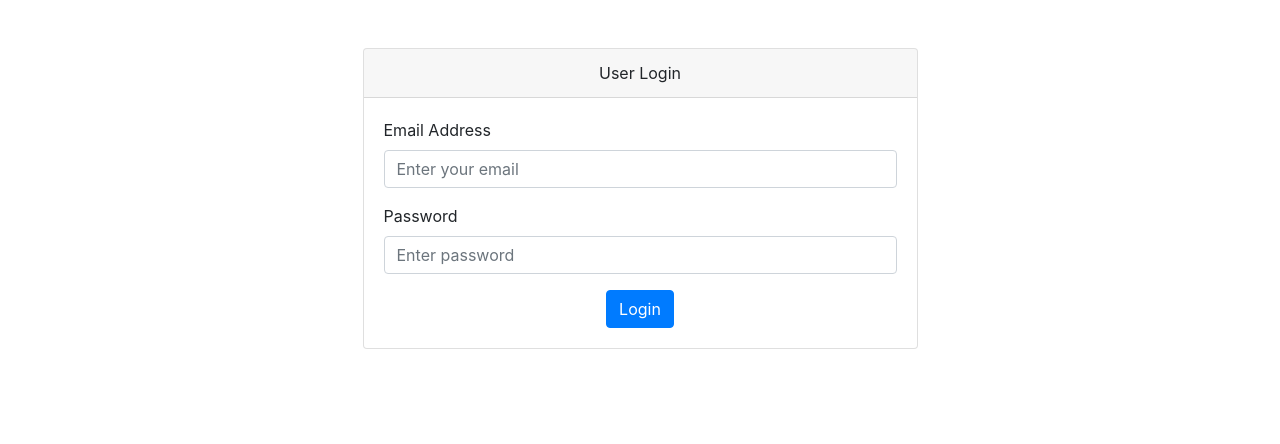
Repository: MangiVarunReddy/ShoppingCart
Page: http://localhost/ShoppingCart/login.jsp
The author's editor kept a copy of each file at every save. The page is drawn from the files as they stood at one save, then again after the next save.
The browser window is 1280 px wide. The pictures show the whole page.
The page is served by Tomcat 9. Other server files are loaded and not shown.

Above is the page before, as saved 2023-08-31 16:45:23.

### ShoppingCart/src/main/webapp/login.jsp
<%@ page language="java" contentType="text/html; charset=UTF-8"
    pageEncoding="UTF-8"%>
<!DOCTYPE html>
<html>
<head>

<title>Login</title>
<%@include file="/includes/head.jsp" %>
</head>
<body>
<div class="container">
		<div class="card w-50 mx-auto my-5">
			<div class="card-header text-center">User Login</div>
			<div class="card-body">
				<form action="" method="post">

					<div class="form-group">
						<label>Email Address</label> <input type="email"
							class="form-control" name="login-email"
							placeholder="Enter your email" required>

					</div>
					<div class="form-group">
						<label>Password</label> <input type="email" class="form-control"
							name="login-password" placeholder="Enter password" required>

					</div>
					<div class="text-center">
						<button type="submit" class="btn btn-primary">Login</button>
					</div>

				</form>
			</div>
		</div>
	</div>



<%@include file="/includes/footer.jsp" %>
</body>
</html>

### ShoppingCart/src/main/webapp/includes/head.jsp
<meta charset="UTF-8">
<link href="https://maxcdn.bootstrapcdn.com/bootstrap/4.5.2/css/bootstrap.min.css" rel="stylesheet">

### ShoppingCart/src/main/webapp/includes/footer.jsp
 <script src="https://ajax.googleapis.com/ajax/libs/jquery/3.5.1/jquery.min.js"></script>
    <script src="https://cdn.jsdelivr.net/npm/@popperjs/core@2.9.3/dist/umd/popper.min.js"></script>
    <script src="https://maxcdn.bootstrapcdn.com/bootstrap/4.5.2/js/bootstrap.min.js"></script>

### ShoppingCart/src/main/webapp/includes/navbar.jsp
<nav class="navbar navbar-expand-lg navbar-light bg-light">
<div class="container">
		<div class="container-fluid">
			<a class="navbar-brand" href="index.jsp">E-Commerce Shopping Cart</a>
			<button class="navbar-toggler" type="button"
				data-bs-toggle="collapse" data-bs-target="#navbarSupportedContent"
				aria-controls="navbarSupportedContent" aria-expanded="false"
				aria-label="Toggle navigation">
				<span class="navbar-toggler-icon"></span>
			</button>
			<div class="collapse navbar-collapse" id="navbarSupportedContent">
				<ul class="navbar-nav ml-auto">
					<li class="nav-item active"><a class="nav-link"
						 href="index.jsp">Home  </a></li>
					<li class="nav-item"><a class="nav-link" href="cart.jsp">Cart</a></li>

					<li class="nav-item"><a class="nav-link" href="orders.jsp">Orders</a></li>
					<li class="nav-item"><a class="nav-link" href="#">Logout</a></li>
					<li class="nav-item"><a class="nav-link" href="login.jsp">Login</a></li>
				</ul>

			</div>
		</div>
</div>
	</nav>

After the next save:
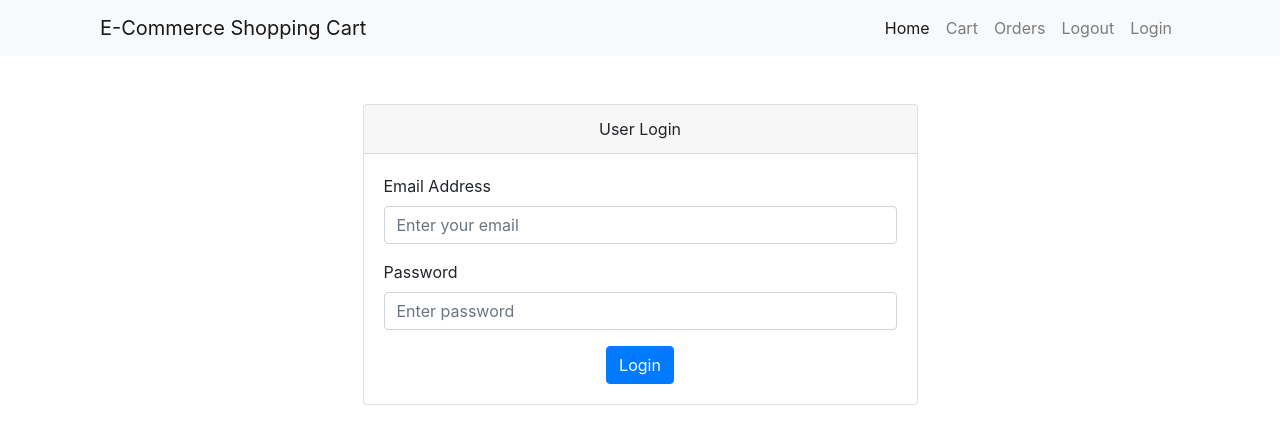
Saved 74 s later.
--- a/ShoppingCart/src/main/webapp/login.jsp
+++ b/ShoppingCart/src/main/webapp/login.jsp
@@ -8,6 +8,7 @@
 <%@include file="/includes/head.jsp" %>
 </head>
 <body>
+<%@include file="/includes/navbar.jsp"%>
 <div class="container">
 		<div class="card w-50 mx-auto my-5">
 			<div class="card-header text-center">User Login</div>
